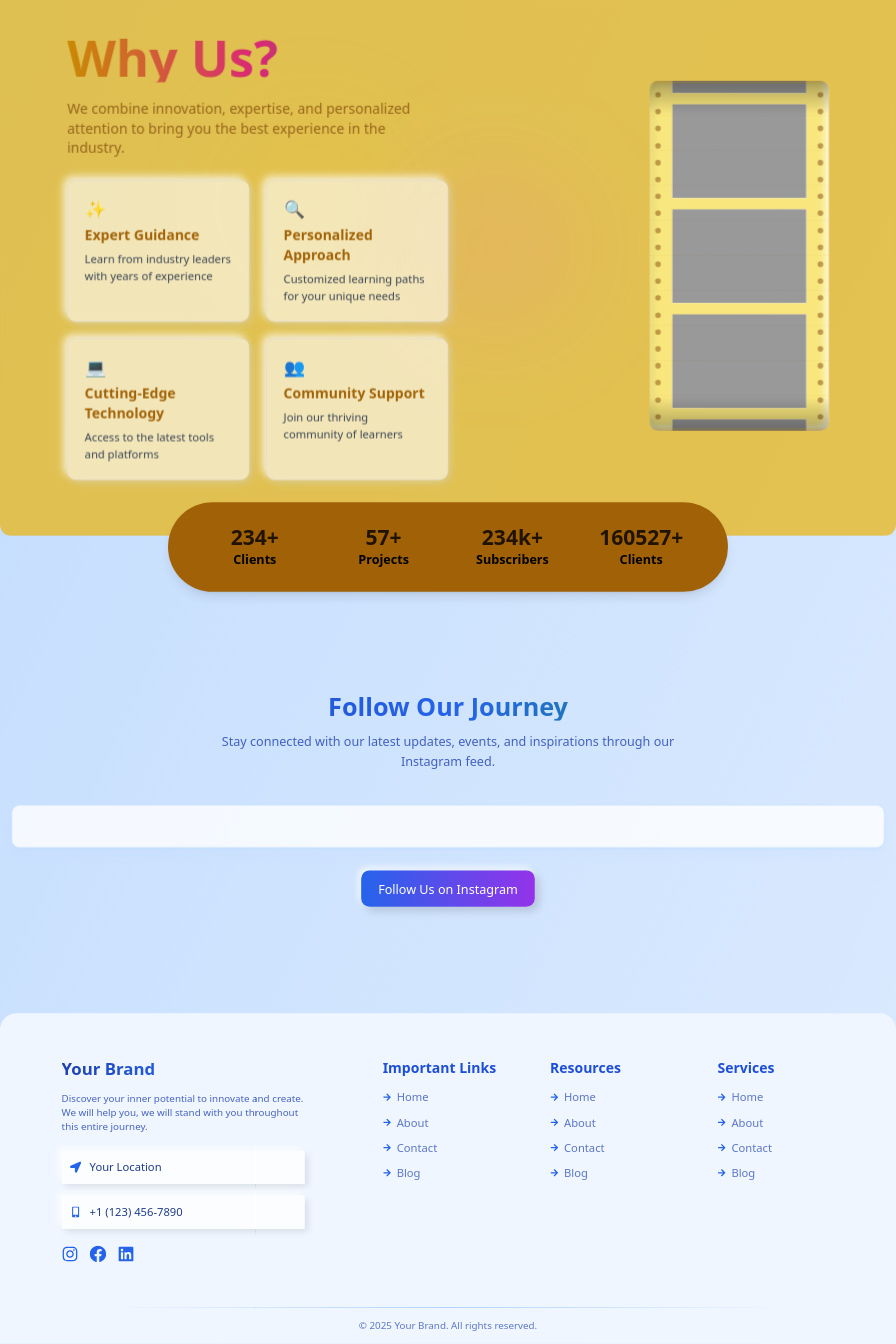
Repository: Kish202/rsacademy
Page: / (app in frontend/)
An editor plug-in stored every save of this project. The page is shown before and after a run of saves, followed by the edit.
The browser window is 1280 px wide. The pictures show the part of the page from y = 818 to 2738 px (the page is 2738 px tall), at 70% of full size.
Pictures or frames that could not be fetched are drawn as grey boxes. The project was rebuilt for these pictures with package versions that can differ from the ones it lists, and the page was loaded fresh each time. Also part of the build but not shown: frontend/vite.config.js, frontend/src/components/ReviewsFeed.jsx.

Above is the page before, as saved 2025-04-27 22:42:19.

After the next 2 saves:
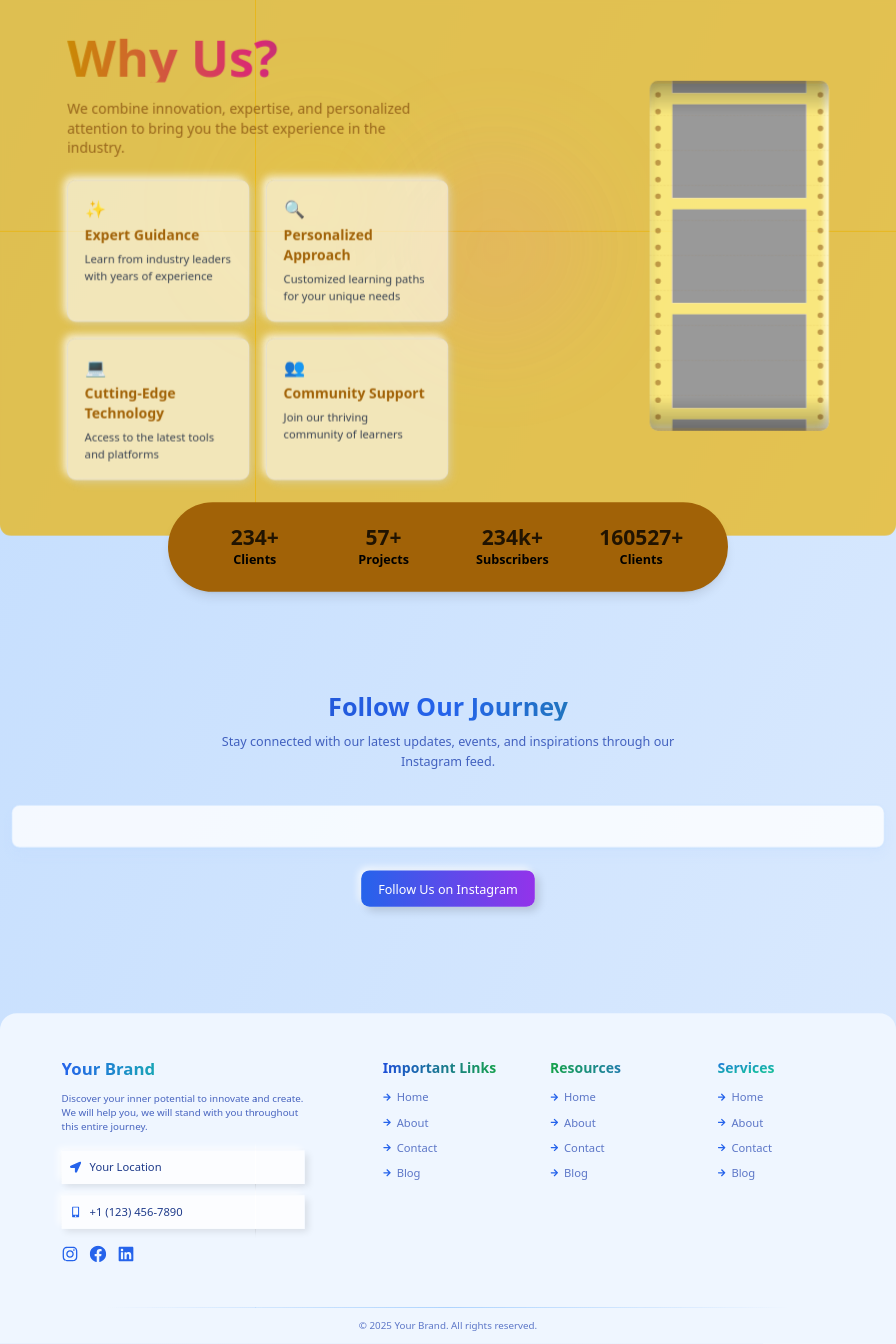
The 2 saves are shown as one change because they came seconds apart.
The last was saved 9 min 18 s later.
--- a/frontend/src/components/Footer.jsx
+++ b/frontend/src/components/Footer.jsx
@@ -50,8 +50,8 @@ function Footer() {
           <div className="py-8 px-4">
             <h1 className={`text-2xl font-bold sm:text-left text-justify mb-4 flex items-center gap-3 font-satoshi
               ${isDarkMode
-                ? 'bg-gradient-to-r from-yellow-300 via-pink-400 to-green-400 bg-clip-text text-transparent'
-                : 'bg-gradient-to-r from-blue-800 via-blue-600 to-green-600 bg-clip-text text-transparent'}`}>
+                ? 'bg-gradient-to-r from-pink-400 via-yellow-300 to-pink-300 bg-clip-text text-transparent'
+                : 'bg-gradient-to-r from-blue-600 via-teal-500 to-green-500 bg-clip-text text-transparent'}`}>
               Your Brand
             </h1>
             <p className={`text-sm ${isDarkMode ? 'text-blue-100/80' : 'text-blue-800/80'}`}>
@@ -115,8 +115,8 @@ function Footer() {
               <div className="py-8 px-4">
                 <h1 className={`text-xl font-bold sm:text-left text-justify mb-4 font-satoshi
                   ${isDarkMode
-                    ? 'text-blue-300'
-                    : 'text-blue-700'}`}>
+                    ? 'bg-gradient-to-r from-pink-400 to-yellow-300 bg-clip-text text-transparent'
+                    : 'bg-gradient-to-r from-blue-700 to-green-600 bg-clip-text text-transparent'}`}>
                   Important Links
                 </h1>
                 <ul className="flex flex-col gap-3">
@@ -142,8 +142,8 @@ function Footer() {
               <div className="py-8 px-4">
                 <h1 className={`text-xl font-bold sm:text-left text-justify mb-4 font-satoshi
                   ${isDarkMode
-                    ? 'text-blue-300'
-                    : 'text-blue-700'}`}>
+                    ? 'bg-gradient-to-r from-yellow-300 to-pink-400 bg-clip-text text-transparent'
+                    : 'bg-gradient-to-r from-green-600 to-blue-600 bg-clip-text text-transparent'}`}>
                   Resources
                 </h1>
                 <ul className="flex flex-col gap-3">
@@ -169,8 +169,8 @@ function Footer() {
               <div className="py-8 px-4">
                 <h1 className={`text-xl font-bold sm:text-left text-justify mb-4 font-satoshi
                   ${isDarkMode
-                    ? 'text-blue-300'
-                    : 'text-blue-700'}`}>
+                    ? 'bg-gradient-to-br from-yellow-300 via-pink-400 to-yellow-200 bg-clip-text text-transparent'
+                    : 'bg-gradient-to-br from-blue-600 via-teal-500 to-green-500 bg-clip-text text-transparent'}`}>
                   Services
                 </h1>
                 <ul className="flex flex-col gap-3">
